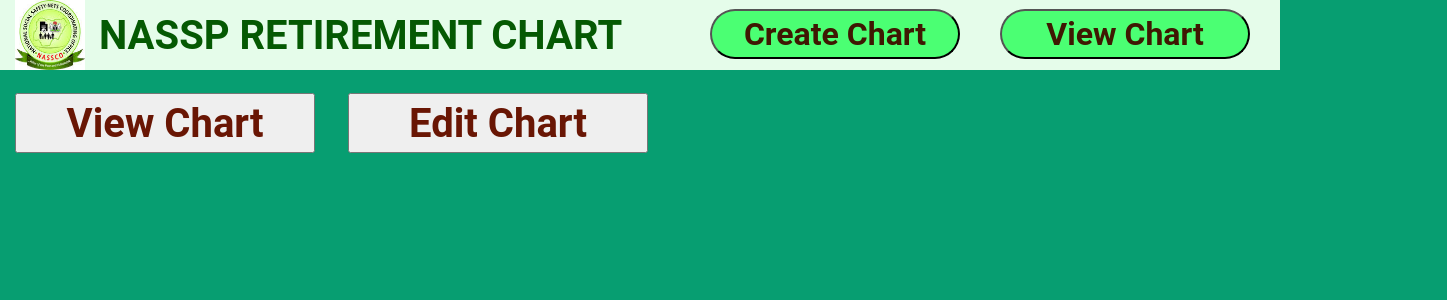
Repository: sheddy1/nasspchart
Page: http://localhost/
An editor plug-in stored every save of this project. The page is shown before and after the next save, followed by the edit.
The browser window is 1280 px wide. The page is 1447 px wide, so the pictures cover 1447 px, including what lies to the right of the window. The pictures show the whole page.
The page is run by PHP 8.4 with error messages shown; the project is at /var/www/html/.

Above is the page before, as saved 2022-04-06 17:41:52.

After the next save:
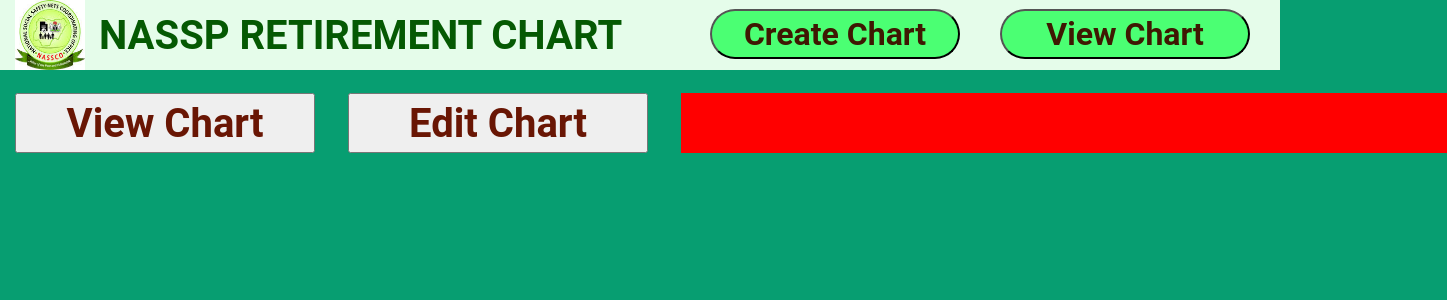
Saved 69 s later.
--- a/index1.css
+++ b/index1.css
@@ -240,4 +240,5 @@
 height: 60px;
 left: 681px;
 top: 93px;
-}
+background-color: red;
+}
